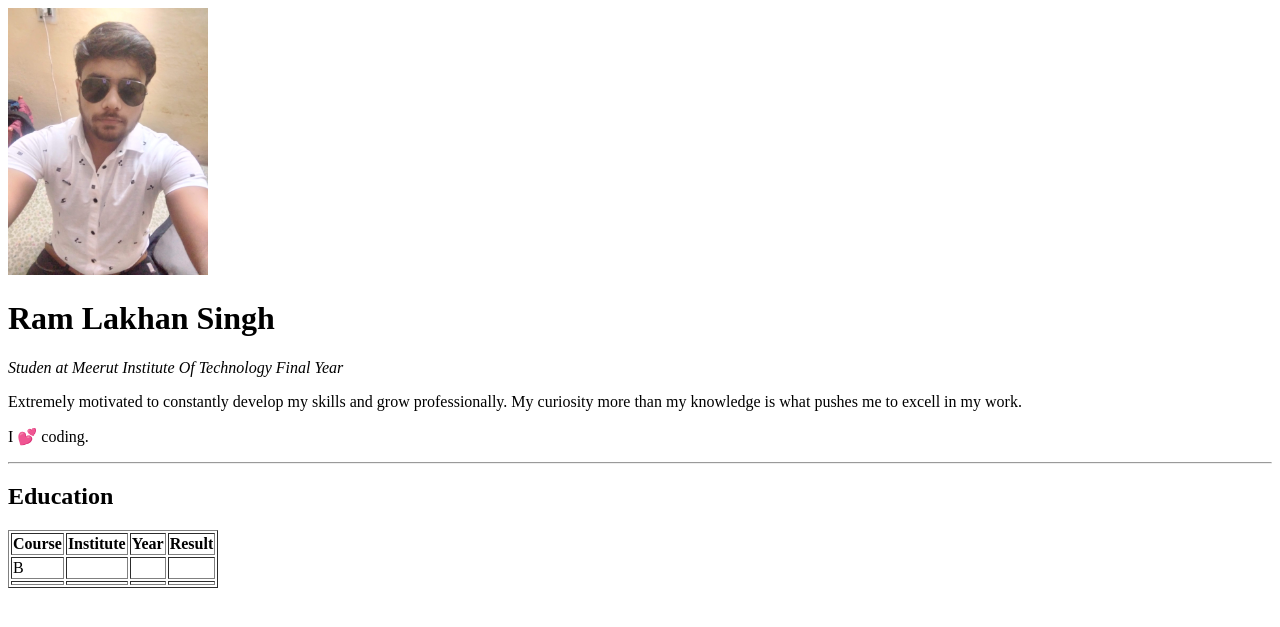
Repository: ramlakhan1/resume1
Page: resume.html
The author's editor kept a copy of each file at every save. The page is drawn from the files as they stood at one save, then again after the next save.
The browser window is 1280 px wide. The pictures show the whole page.

Above is the page before, as saved 2022-11-05 14:20:44.

After the next save:
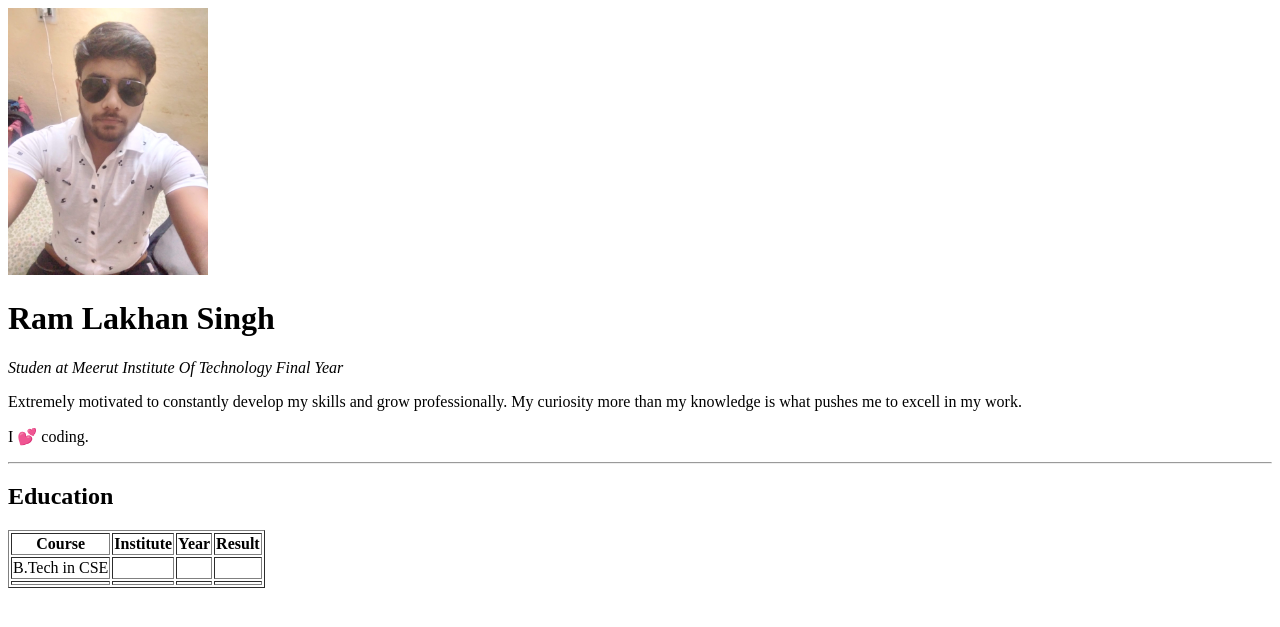
Saved 6 s later.
--- a/resume.html
+++ b/resume.html
@@ -25,7 +25,7 @@
                 <th>Result</th>
             </tr>
             <tr>
-                <td>B</td>
+                <td>B.Tech in CSE</td>
                 <td></td>
                 <td></td>
                 <td></td>
